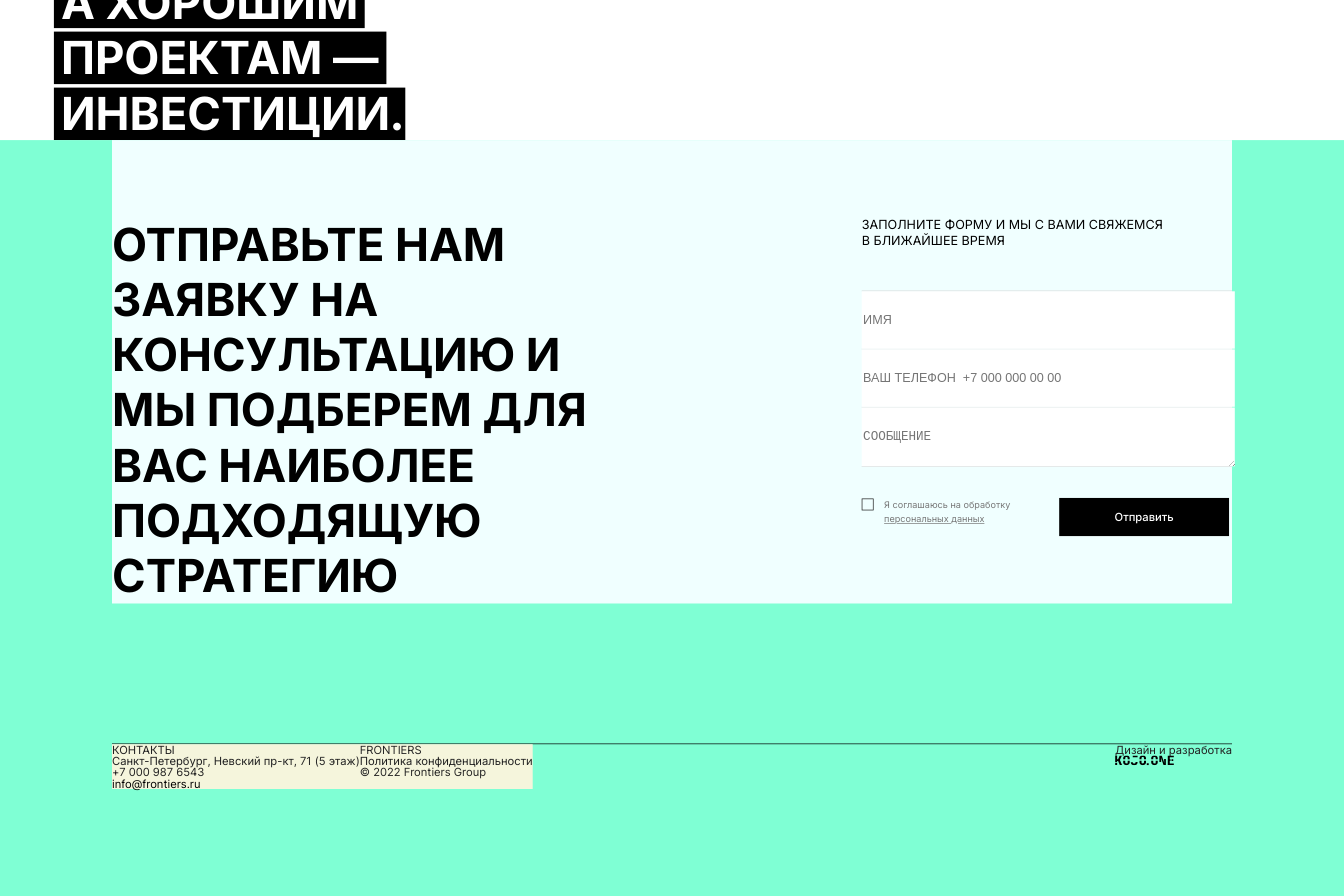
Repository: NadyaKorvin/frontiers
Page: /
An editor plug-in stored every save of this project. The page is shown before and after the next save, followed by the edit.
The browser window is 1280 px wide. The page is 1920 px wide, so the pictures cover 1920 px, including what lies to the right of the window. The pictures show the part of the page from y = 1353 to 2633 px (the page is 2633 px tall), at 70% of full size.
The project was rebuilt for these pictures with package versions that can differ from the ones it lists, and the page was loaded fresh each time.

Above is the page before, as saved 2022-05-26 19:14:18.

### public/index.html
<!DOCTYPE html>
<html lang="en">
  <head>
    <meta charset="utf-8" />
    <link rel="icon" href="%PUBLIC_URL%/favicon.ico" />
    <meta name="viewport" content="width=device-width, initial-scale=1" />
    <meta name="theme-color" content="#000000" />
    <meta name="description" content="Web site created using create-react-app" />
    <link rel="apple-touch-icon" href="%PUBLIC_URL%/logo192.png" />
    <link rel="manifest" href="%PUBLIC_URL%/manifest.json" />
    <link rel="preconnect" href="https://fonts.googleapis.com" />
    <link rel="preconnect" href="https://fonts.gstatic.com" crossorigin />
    <link href="https://fonts.googleapis.com/css2?family=Inter:wght@300;400;500;700&display=swap" rel="stylesheet" />
    <title>FRONTIERS</title>
  </head>
  <body>
    <noscript>You need to enable JavaScript to run this app.</noscript>
    <div id="root"></div>
  </body>
</html>

### src/index.js
import React from "react"
import ReactDOM from "react-dom/client"

import App from "./App"

const root = ReactDOM.createRoot(document.getElementById("root"))
root.render(
  <React.StrictMode>
    <App />
  </React.StrictMode>
)

### src/App.js
import { useState } from "react";
import "./App.css";
import { SecondScreenAnimation } from "./components/secondScreen/SecondScreenAnimation";
import FirstScreen from "./components/firstScreen/FirstScreen";
import LastScreen from "./components/lastScreen/LastScreen";

function App() {
  const [mousePosition, setMousePosition] = useState("");

  const listenUpperMousePosition = (event) => {
    console.log(event);
    console.log(event.target);
    setMousePosition(event.target);
  };

  return (
    <>
      <FirstScreen />
      <div className="App">
        <SecondScreenAnimation listenMousePosition={listenUpperMousePosition} />
      </div>
      <LastScreen />
    </>
  );
}
export default App;

### src/App.css
@import url("./reset.css");
@import url("./components/secondScreen/SecondScreen.css");
@import url("./font/font.css");
@import url("./components/firstScreen/FirstScreen.css");
@import url("./components/lastScreen/LastScreen.css");
@import url("./components/button/Button.css");
@import url("./components/form/Form.css");

body {
  font-family: "Inter";
}

### src/components/secondScreen/SecondScreenAnimation.js
export function SecondScreenAnimation({ listenMousePosition, mousePosition }) {
  let goUp = ""
  const goUpBlackLines = (mousePosition) => {
    if (mousePosition === "animation__text_first_part") {
      goUp = "up"
      return goUp
    }
  }
  goUpBlackLines(mousePosition)
  console.log(goUp)
  return (
    <div className="animation__text_block">
      {goUp != "up" ? (
        <div>
          <div className="animation__text" onMouseOver={listenMousePosition}>
            <p className="animation__text_first_part">Инвесторам сложно найти хорошие проекты,</p>
            <p className="animation__text_second_part">а хорошим проектам — инвестиции.</p>
          </div>
          <div className="animation__black_lines">
            <div className="animation__1th_black_line"></div>
            <div className="animation__2th_black_line"></div>
            <div className="animation__3th_black_line"></div>
          </div>
        </div>
      ) : (
        <div>
          <div className="animation__text" onMouseOver={listenMousePosition}>
            <p className="animation__text_first_part" style={{ color: "#fff" }}>
              Инвесторам сложно найти хорошие проекты,
            </p>
            <p className="animation__text_second_part" style={{ color: "#000" }}>
              а хорошим проектам — инвестиции.
            </p>
          </div>
          <div className="animation__black_lines">
            <div className="animation__1th_black_line" style={{ width: "484px", marginTop: "-475px" }}></div>
            <div className="animation__2th_black_line" style={{ width: "586px" }}></div>
            <div className="animation__3th_black_line" style={{ width: "722px" }}></div>
          </div>
        </div>
      )}
    </div>
  )
}

### src/components/firstScreen/FirstScreen.js
import React from "react";
import image from "./image.webp";

export default function firstScreen() {
  const pointer = (
    <svg
      width="8"
      height="101"
      viewBox="0 0 8 101"
      fill="none"
      xmlns="http://www.w3.org/2000/svg"
    >
      <path
        d="M4.35355 100.356C4.15829 100.551 3.84171 100.551 3.64645 100.356L0.464466 97.1735C0.269204 96.9783 0.269204 96.6617 0.464466 96.4664C0.659728 96.2712 0.976311 96.2712 1.17157 96.4664L4 99.2948L6.82843 96.4664C7.02369 96.2712 7.34027 96.2712 7.53553 96.4664C7.7308 96.6617 7.7308 96.9783 7.53553 97.1735L4.35355 100.356ZM3.5 100.002L3.5 0.00195312H4.5L4.5 100.002H3.5Z"
        fill="black"
      />
    </svg>
  );

  return (
    <>
      <section className="firstscreen">
        <header className="firstscreen__header">
          <div className="firstscreen__logotype">FRONTIERS</div>
          <div className="firstscreen__menu">
            <div className="firstscreen__nav">
              <nav className="firstscreen__nav_team">
                <ul>О нас</ul>
                <ul>Команда</ul>
                <ul>Цифры</ul>
              </nav>
            </div>
            <div className="firstscreen__button">
              <p className="firstscreen__text_btn">Получить консультацию</p>
            </div>
          </div>
        </header>
        <div className="firstscreen__content">
          <div className="firstscreen__content_left_text">
            <p>ИНВЕСТИЦИИ</p>
            <div>
              <p>СЛОЖНО</p>
              <div className="firstscreen__content_vector_complex" />
            </div>
          </div>
          <div className="firstscreen__content_rihgt_text">
            <div className="firstscreen__content_rihgt_text_up">
              <p>
                Мы помогли заработать более 50 млн рублей частным инвесторам в
                2021 году на вложениях в российский бизнес
              </p>
            </div>
            <div className="firstscreen__content_rihgt_text_down">
              <p>НЕ</p>
              <div className="firstscreen__content_vector_not" />
            </div>
          </div>
        </div>
        <div className="firstscreen__content_bottom_content">
          <div className="firstscreen__content_bottom_content_left">
            <div className="firstscreen__content_bottom_content_left_scrolldown">
              <p>ПРОКРУТИ ВНИЗ</p>
            </div>
            <div className="firstscreen__content_pointer">{pointer}</div>
          </div>
          <div className="firstscreen__content_bottom_content_right">
            <img src={image} alt="" className="firstscreen__img" />
          </div>
        </div>
      </section>
    </>
  );
}

### src/components/lastScreen/LastScreen.js
import React from "react";
import Form from "../form/Form";
import LogoKojo from "./LogoKojo";

export default function LastScreen() {
  return (
    <>
      <section className="lastscreen">
        <div className="lastscreen__wrapper">
          <div className="lastscreen__left_content">
            <p>
              ОТПРАВЬТЕ НАМ ЗАЯВКУ НА КОНСУЛЬТАЦИЮ И МЫ ПОДБЕРЕМ ДЛЯ ВАС
              НАИБОЛЕЕ ПОДХОДЯЩУЮ СТРАТЕГИЮ
            </p>
          </div>
          <div className="lastscreen__right_content">
            <div className="lastscreen__text_form">
              <p>ЗАПОЛНИТЕ ФОРМУ И МЫ С ВАМИ СВЯЖЕМСЯ В БЛИЖАЙШЕЕ ВРЕМЯ</p>
            </div>
            <Form />
          </div>
        </div>
        <footer className="lastscreen__footer">
          <div className="lastscreen__footer_wrapper_info">
            <div className="lastscreen__contact_group">
              <p>КОНТАКТЫ</p>
              <p>Санкт-Петербург, Невский пр-кт, 71 (5 этаж)</p>
              <p>+7 000 987 6543</p>
              <p>
                <a href="mailto:info@frontiers.ru">info@frontiers.ru</a>
              </p>
            </div>
            <div className="lastscreen__frontiers_group">
              <p>FRONTIERS</p>
              <p>Политика конфиденциальности</p>
              <p>© 2022 Frontiers Group</p>
            </div>
          </div>
          <div className="lastscreen__design-dev">
            <p>Дизайн и разработка</p>
            <LogoKojo />
          </div>
        </footer>
      </section>
    </>
  );
}

### src/reset.css
html,
body,
div,
span,
applet,
object,
iframe,
h1,
h2,
h3,
h4,
h5,
h6,
p,
blockquote,
pre,
a,
abbr,
acronym,
address,
big,
cite,
code,
del,
dfn,
em,
img,
ins,
kbd,
q,
s,
samp,
small,
strike,
strong,
sub,
sup,
tt,
var,
b,
u,
i,
center,
dl,
dt,
dd,
ol,
ul,
li,
fieldset,
form,
label,
legend,
table,
caption,
tbody,
tfoot,
thead,
tr,
th,
td,
article,
aside,
canvas,
details,
embed,
figure,
figcaption,
footer,
header,
hgroup,
menu,
nav,
output,
ruby,
section,
summary,
time,
mark,
audio,
video {
  margin: 0;
  padding: 0;
  border: 0;
  font-size: 100%;
  font: inherit;
  vertical-align: baseline;
}

:focus {
  outline: 0;
}

article,
aside,
details,
figcaption,
figure,
footer,
header,
hgroup,
menu,
nav,
section {
  display: block;
}

body {
  line-height: 1;
}

ol,
ul {
  list-style: none;
}

blockquote,
q {
  quotes: none;
}

blockquote:before,
blockquote:after,
q:before,
q:after {
  content: "";
  content: none;
}

table {
  border-collapse: collapse;
  border-spacing: 0;
}

input[type="search"]::-webkit-search-cancel-button,
input[type="search"]::-webkit-search-decoration,
input[type="search"]::-webkit-search-results-button,
input[type="search"]::-webkit-search-results-decoration {
  -webkit-appearance: none;
  -moz-appearance: none;
}

input[type="search"] {
  -webkit-appearance: none;
  -moz-appearance: none;
  -webkit-box-sizing: content-box;
  -moz-box-sizing: content-box;
  box-sizing: content-box;
}

textarea {
  overflow: auto;
  vertical-align: top;
  resize: vertical;
}

[hidden] {
  display: none;
}

html {
  font-size: 100%; /* 1 */
  -webkit-text-size-adjust: 100%; /* 2 */
  -ms-text-size-adjust: 100%; /* 2 */
}

a:focus {
  outline: thin dotted;
}

a:active,
a:hover {
  outline: 0;
}

img {
  border: 0;
  -ms-interpolation-mode: bicubic;
}

figure {
  margin: 0;
}

form {
  margin: 0;
}

fieldset {
  border: 1px solid #c0c0c0;
  margin: 0 2px;
  padding: 0.35em 0.625em 0.75em;
}

legend {
  border: 0; /* 1 */
  padding: 0;
  white-space: normal; /* 2 */
  *margin-left: -7px; /* 3 */
}

button,
input,
select,
textarea {
  font-size: 100%; /* 1 */
  margin: 0; /* 2 */
  vertical-align: baseline; /* 3 */
  *vertical-align: middle; /* 3 */
}

button,
input {
  line-height: normal;
}

button,
select {
  text-transform: none;
}

button,
html input[type="button"], /* 1 */
input[type="reset"],
input[type="submit"] {
  -webkit-appearance: button; /* 2 */
  cursor: pointer; /* 3 */
  *overflow: visible; /* 4 */
}

button[disabled],
html input[disabled] {
  cursor: default;
}

input[type="checkbox"],
input[type="radio"] {
  box-sizing: border-box; /* 1 */
  padding: 0; /* 2 */
  *height: 13px; /* 3 */
  *width: 13px; /* 3 */
}

input[type="search"] {
  -webkit-appearance: textfield; /* 1 */
  -moz-box-sizing: content-box;
  -webkit-box-sizing: content-box; /* 2 */
  box-sizing: content-box;
}

input[type="search"]::-webkit-search-cancel-button,
input[type="search"]::-webkit-search-decoration {
  -webkit-appearance: none;
}

button::-moz-focus-inner,
input::-moz-focus-inner {
  border: 0;
  padding: 0;
}

textarea {
  overflow: auto; /* 1 */
  vertical-align: top; /* 2 */
}

table {
  border-collapse: collapse;
  border-spacing: 0;
}

html,
button,
input,
select,
textarea {
  color: #222;
}

::-moz-selection {
  background: #b3d4fc;
  text-shadow: none;
}

::selection {
  background: #b3d4fc;
  text-shadow: none;
}

img {
  vertical-align: middle;
}

fieldset {
  border: 0;
  margin: 0;
  padding: 0;
}

textarea {
  resize: vertical;
}

.chromeframe {
  margin: 0.2em 0;
  background: #ccc;
  color: #000;
  padding: 0.2em 0;
}

### src/components/secondScreen/SecondScreen.css
.second__screen {
  display: flex;
  justify-content: space-between;
  margin: 0 auto;
  margin-top: 174px;
  /* придкмать решение сделать по центру*/
  display: flex;
  width: 1600px;
  height: 733px;
}

.animation__text_block {
  display: block;
  margin-left: 87px;
}

.animation__text_first_part,
.animation__text_second_part {
  width: 770px;
  text-transform: uppercase;
  font-size: 65px;
  font-weight: 700;
  line-height: 79px;
  transition: 0.6s ease-out;
}

.animation__text_second_part {
  color: #fff;
}

.animation__black_lines {
  margin-left: -10px;
  margin-top: -236px;
}

.animation__1th_black_line {
  margin-bottom: 5px;
  height: 75px;
  width: 444px;
  background-color: #000;
  transition: 0.6s ease-out;
}

.animation__2th_black_line {
  margin-bottom: 5px;
  height: 75px;
  width: 475px;
  background-color: #000;
  transition: 0.6s ease-out;
}
.animation__3th_black_line {
  height: 75px;
  width: 502px;
  background-color: #000;
  transition: 0.6s ease-out;
}

.right__part {
  display: flex;
  margin-left: 190px;
  flex-direction: column;
}

.conversation__image {
  margin-right: 222px;
  display: block;
  width: 400px;
  height: 400px;
  background: url("../secondScreen/people.png");
}

.decoration_marks {
  margin-top: -110px;
  transform: rotate(-180deg);
  font-size: 200px;
  font-weight: 300;
}

.text_paragraph {
  margin-left: 90px;
  width: 431px;
  font-size: 18px;
  font-weight: 400;
  line-height: 23px;
  text-transform: uppercase;
  line-height: 130%;
}

### src/font/font.css
@font-face {
  font-family: "Inter";
  src:
    url("./Inter-Bold.ttf") format("truetype")
    url("./Inter-Bold.woff2") format("woff2"),
    url("./Inter-Bold.woff") format("woff");
  font-weight: 700;
  font-style: normal;
  font-stretch: normal;
  unicode-range: U+0020-E0D0;
}

@font-face {
  font-family: "Inter";
  src:
    url("./Inter-Regular.woff2") format("woff2"),
    url("./Inter-Regular.ttf") format("truetype")
    url("./Inter-Regular.woff") format("woff");
  font-weight: 400;
  font-style: normal;
  font-stretch: normal;
  unicode-range: U+0020-E0D0;
}

@font-face {
    font-family:'Inter Medium';
    src:
        url("./Inter-Medium.ttf") format("truetype")
        url('Inter-Medium.woff2') format('woff2'),
		url('Inter-Medium.woff') format('woff');
    font-weight: 500;
    font-style: normal;
    font-stretch: normal;
    unicode-range: U+0020-E0D0;
}

@font-face {
    font-family:'Inter Light';
    src:
        url("./Inter-Light.ttf") format("truetype")
        url('Inter-Light.woff2') format('woff2'),
		url('Inter-Light.woff') format('woff');
    font-weight: 300;
    font-style: normal;
    font-stretch: normal;
    unicode-range: U+0020-E0D0;
}

### src/components/firstScreen/FirstScreen.css
.firstscreen {
  height: 1080px;
}

.firstscreen__header {
  width: 1600px;
  height: 82px;
  margin: 0 auto;
  border-bottom: 1px solid #000000;
  display: flex;
  justify-content: space-between;
}

.firstscreen__logotype {
  width: 151px;
  height: 30px;
  padding-top: 27px;
  font-family: "Inter";
  font-style: normal;
  font-weight: 700;
  font-size: 25px;
  line-height: 30px;
  letter-spacing: 0.05em;
  color: #000000;
}

.firstscreen__menu {
  width: 653px;
  display: flex;
  justify-content: space-between;
}

.firstscreen__nav {
  margin-top: 33px;
  width: 331px;
}

.firstscreen__nav_team {
  display: flex;
  justify-content: space-between;
  font-family: "Inter";
  font-style: normal;
  font-weight: 500;
  font-size: 16px;
  line-height: 19px;
  color: #000000;
}

.firstscreen__button {
  margin-top: 19px;
  width: 243px;
  height: 45px;
  background: #000000;
}

.firstscreen__text_btn {
  padding-top: 12px;
  padding-bottom: 12px;
  font-family: "Inter";
  font-style: normal;
  font-weight: 500;
  font-size: 16px;
  line-height: 19px;
  text-align: center;
  color: #ffffff;
}

.firstscreen__content {
  margin: 0 auto;
  width: 1600px;
  margin-top: 30px;
  display: flex;
}

.firstscreen__content_left_text {
  width: 1140px;
  height: 542px;
  display: flex;
  flex-direction: column;
  justify-content: space-between;
  text-align: end;
  font-family: "Inter";
  font-style: normal;
  font-weight: 400;
  font-size: 160px;
  line-height: 194px;
  text-transform: uppercase;
  color: #000000;
}

.firstscreen__content_vector_complex {
  margin-top: -20px;
  margin-left: 320px;
  width: 874px;
  height: 20px;
  background: url("./complex.svg");
}

.firstscreen__content_rihgt_text {
  margin-top: 30px;
  margin-left: 164px;
  width: 279px;
  height: 332px;
}

.firstscreen__content_rihgt_text_up {
  font-family: "Inter";
  font-style: normal;
  font-weight: 500;
  font-size: 14px;
  line-height: 130%;
  text-transform: uppercase;
  color: #000000;
}

.firstscreen__content_rihgt_text_down {
  margin-top: 66px;
  margin-left: -15px;
  width: 215px;
  height: 194px;
  font-family: "Inter";
  font-style: normal;
  font-weight: 400;
  font-size: 160px;
  line-height: 194px;
  text-transform: uppercase;
  color: #000000;
}

.firstscreen__content_vector_not {
  margin-top: -20px;
  margin-left: -30px;
  width: 256px;
  height: 20px;
  background: url(./not.svg);
}

.firstscreen__content_bottom_content {
  margin: 0 auto;
  margin-top: 60px;
  width: 1600px;
  display: flex;
  justify-content: space-between;
}

.firstscreen__content_bottom_content_left {
  margin-top: -120px;
  margin-left: -100px;
  min-width: 468px;
  height: 266px;
  display: flex;
  transform: rotate(-90deg);
}

.firstscreen__content_bottom_content_left_scrolldown {
  font-family: "Inter";
  font-style: normal;
  font-weight: 500;
  font-size: 14px;
  line-height: 17px;
  letter-spacing: 0.05em;
  color: #000000;
}

.firstscreen__content_pointer {
  margin-top: -208px;
  margin-left: -300px;
  transform: rotate(90deg);
}

.firstscreen__content_bottom_content_right {
  padding-right: -160px;
}

.firstscreen__img {

}

### src/components/lastScreen/LastScreen.css
.lastscreen {
  width: 1920px;
  height: 1080px;
  background-color: aquamarine;
}

.lastscreen__wrapper {
  margin: 0 auto;
  width: 1600px;
  display: flex;
  justify-content: space-between;
  background-color: azure;
}

.lastscreen__left_content {
  margin-top: 109px;
  width: 775px;
  height: 553px;
  box-sizing: border-box;
  font-family: "Inter";
  font-style: normal;
  font-weight: 700;
  font-size: 65px;
  line-height: 79px;
  text-transform: uppercase;
  color: #000000;
}

.lastscreen__right_content {
  margin-top: 109px;
  width: 529px;
  height: 553px;
}

.lastscreen__text_form {
  width: 529px;
  height: 46px;
  left: 1231px;
  top: 4438px;
  font-family: "Inter";
  font-style: normal;
  font-weight: 400;
  font-size: 18px;
  line-height: 130%;
  text-transform: uppercase;
  color: #000000;
}

.lastscreen__footer {
  margin: 0 auto;
  margin-top: 200px;
  width: 1600px;
  border-top: 1px solid #000000;
  display: flex;
  justify-content: space-between;
}

.lastscreen__footer_wrapper_info {
  display: flex;
  justify-content: space-between;
  background-color: beige;
}

.lastscreen__contact {
  width: 357px;
}

.lastscreen__contact > p:nth-child(1) {
  padding: 33px 0 20px;
  font-family: "Inter";
  font-style: normal;
  font-weight: 700;
  font-size: 25px;
  line-height: 30px;
  color: #000000;
}

.contact > p:nth-child(2),
.contact > p:nth-child(3),
.contact > p:nth-child(4) {
  padding-bottom: 15px;
}

.design {
  padding-top: 150px;
  width: 260px;
  display: flex;
  margin-left: -80px;
  justify-content: space-between;
}

.frontiers {
  width: 250px;
  text-align: end;
}

.lastscreen__frontiers > p:nth-child(1) {
    padding: 30px 0 57px;
    font-family: "Inter";
    font-style: normal;
    font-weight: 700;
    font-size: 25px;
    line-height: 30px;
    color: #000000;
  }

.lastscreen__frontiers > p:nth-child(2),
.lastscreen__frontiers > p:nth-child(3) {
    padding-bottom: 15px;
}

a {
    text-decoration: none;
    color: #000000;
}

### src/components/button/Button.css
.form__button {
  position: relative;
  display: block;
  width: 243px;
  height: 55px;
  font-family: "Inter";
  font-size: 16px;
  background-color: #000000;
  border: 0;
  text-align: center;
  cursor: pointer;
  font-family: "Inter";
  font-style: normal;
  font-weight: 500;
  font-size: 16px;
  line-height: 19px;
  color: #ffffff;
}

### src/components/form/Form.css
.form {
  margin-top: 60px;
  width: 529px;
  height: 355px;
  border-top: 1px solid #d1d1d1;
}

.form__input,
.form__textarea {
  width: 529px;
  height: 80px;
  border: 0;
  outline: none;
  font-size: 18px;
  color: #000000;
  text-transform: uppercase;
}

.form__textarea {
  height: 80px;
  line-height: 80px;
  overflow: hidden;
  /* resize: none; */
}

.form__borders {
  border-bottom: 1px solid #d1d1d1;
}

.form__consent {
  display: -webkit-box;
  display: -ms-flexbox;
  display: flex;
  margin: 30px 0 0;
}

.form__policy_text {
  margin-top: 15px;
  margin-left: 15px;
  width: 250px;
  height: 40px;
  box-sizing: border-box;
  font-family: "Inter";
  font-style: normal;
  font-weight: 400;
  font-size: 13px;
  line-height: 150%;
  color: #787878;
}

.form__checkbox {
  opacity: 0;
  width: 0;
}

.form__checkfake {
  margin: 15px 0;
  display: block;
  width: 15px;
  height: 15px;
  border: 1px solid #1f1f1f;
  cursor: pointer;
}

.form__checkfake::before {
  content: "";
  position: absolute;
  display: block;
  width: 14px;
  height: 14px;
  background: url("./checkmark.svg");
  opacity: 0;
}

.form__checkbox:checked + .form__checkfake::before {
  opacity: 1;
}

.form__focus {
  text-transform: uppercase;
  color: #ff0000;
  margin-bottom: 10px;
  font-size: 13px;
}

.form__focus_consent {
  position: relative;
  top: 10px;
  text-transform: uppercase;
  color: #ff0000;
  font-size: 13px;
}

.form__btn {
    margin-top: 14px;
  position: relative;
  overflow: hidden;
}

### src/components/button/Button.js
import React from "react";

export default function Button({ title }) {
  return (
    <>
      <button className="form__button" >
        {title}
      </button>
    </>
  );
}

Loaded but not shown: src/components/lastScreen/LogoKojo.js (76 lines, source omitted); src/components/form/Form.js (142 lines, source omitted)

After the next save:
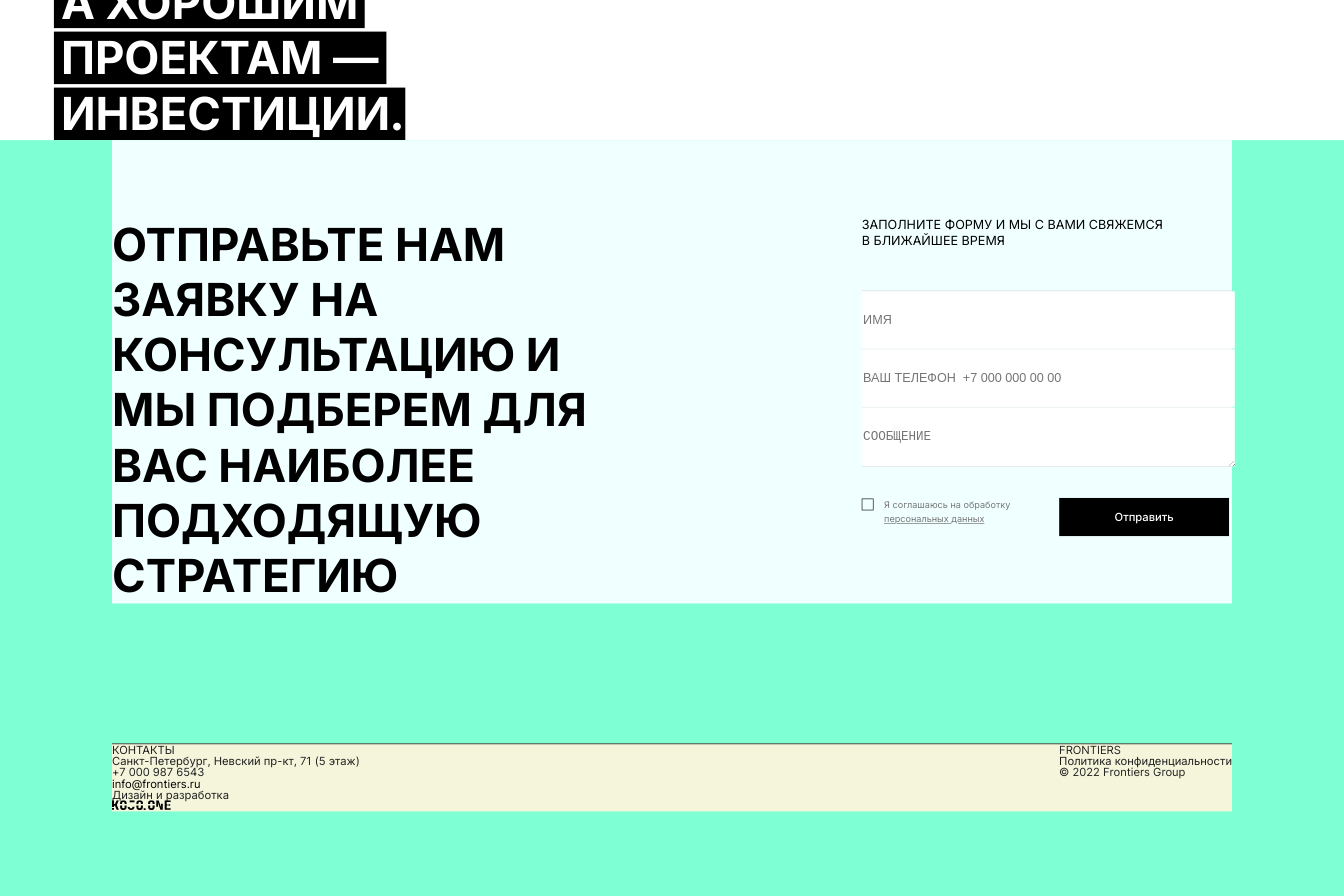
Saved 65 s later.
--- a/src/components/lastScreen/LastScreen.css
+++ b/src/components/lastScreen/LastScreen.css
@@ -51,14 +51,12 @@
   margin-top: 200px;
   width: 1600px;
   border-top: 1px solid #000000;
-  display: flex;
-  justify-content: space-between;
+  background-color: beige;
 }
 
 .lastscreen__footer_wrapper_info {
   display: flex;
   justify-content: space-between;
-  background-color: beige;
 }
 
 .lastscreen__contact {
